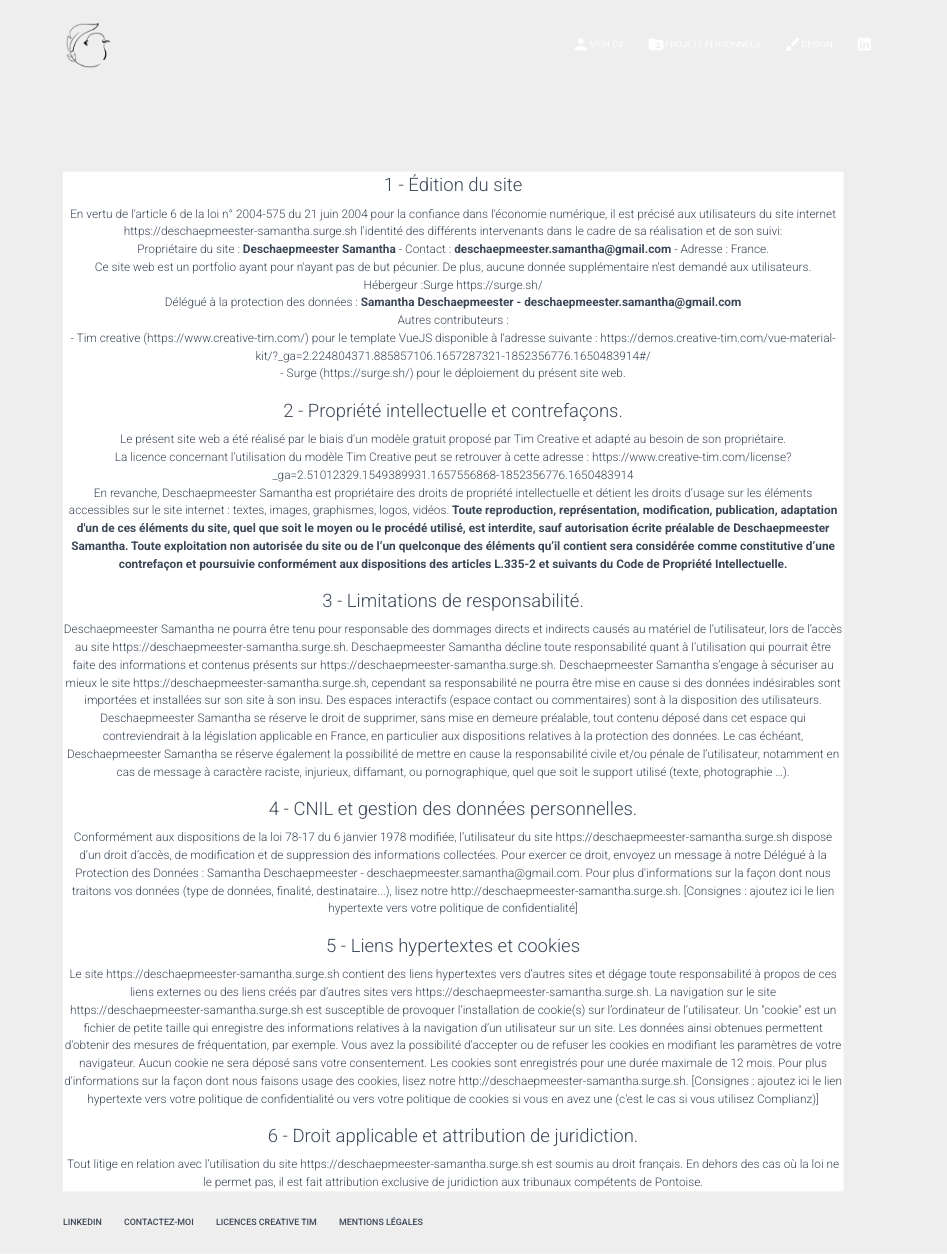
Repository: sdeschaepmeester/NewPortfolio
Page: /#/mentions
These files come from the project's save history. The page is drawn as it stood at one moment and after the next save; the edit follows.
The browser window is 1280 px wide. The pictures show the whole page, at 74% of full size.
Some web libraries are served in a nearby version. The project was rebuilt for these pictures with package versions that can differ from the ones it lists, and the page was loaded fresh each time. Also part of the build but not shown: vue.config.js, src/views/components/APropos.vue, src/views/components/NavigationSection.vue, src/views/components/SmallNavigationSection.vue, src/components/Dropdown.vue, src/components/Parallax.vue, src/components/Pagination.vue, src/components/Slider.vue and 14 more.

Above is the page before, as saved 2022-07-11 19:47:35.

After the next save:
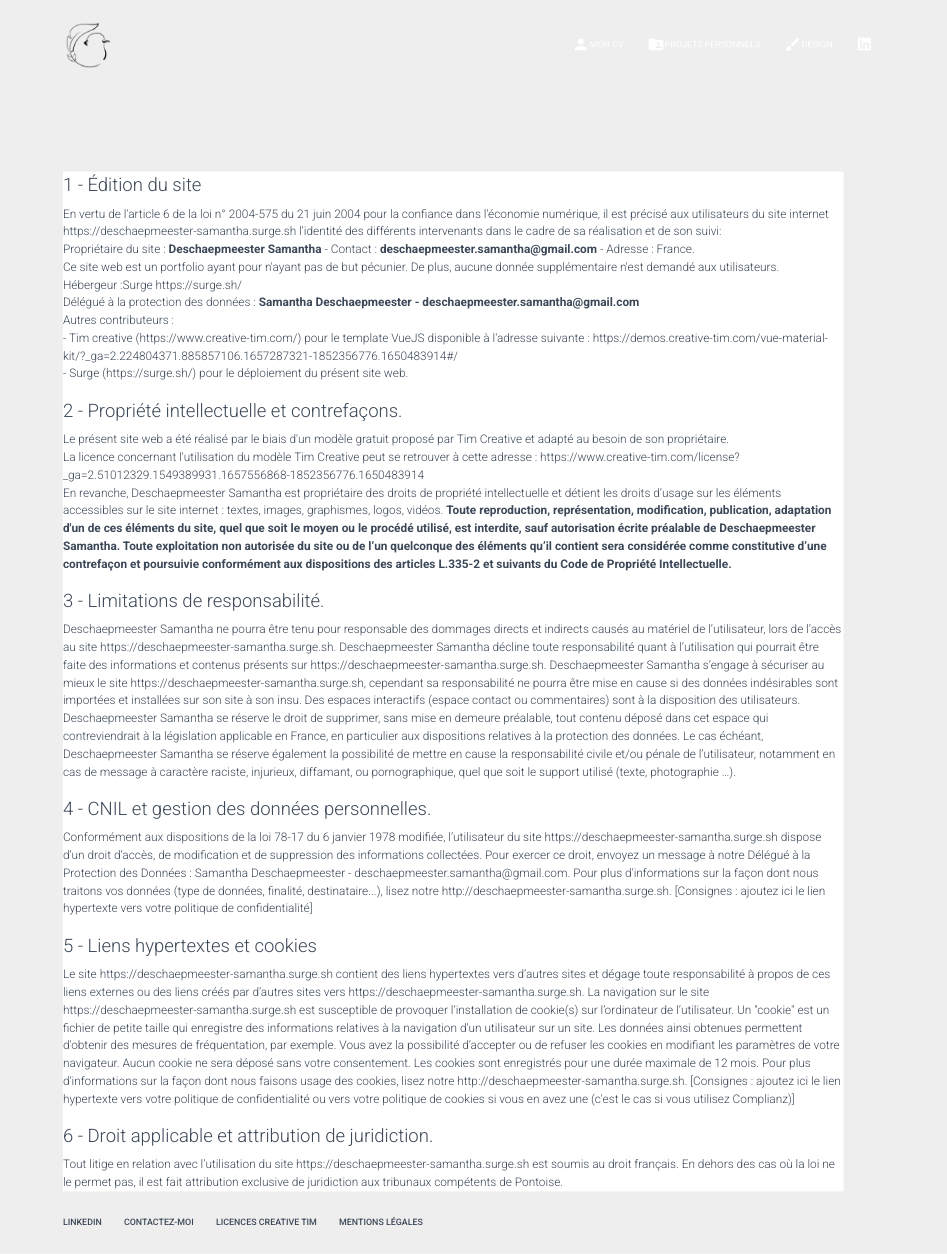
Saved 27 s later.
--- a/src/views/MentionsLegales.vue
+++ b/src/views/MentionsLegales.vue
@@ -13,7 +13,7 @@
               </div>
             </div>
           </div>
-          <div class=" text-center">
+          <div >
             <div style="marginTop: 20%; backgroundColor: white; width: 95%;">
 <div style="fontSize: 10">
 <h3>1 - Édition du site</h3>
